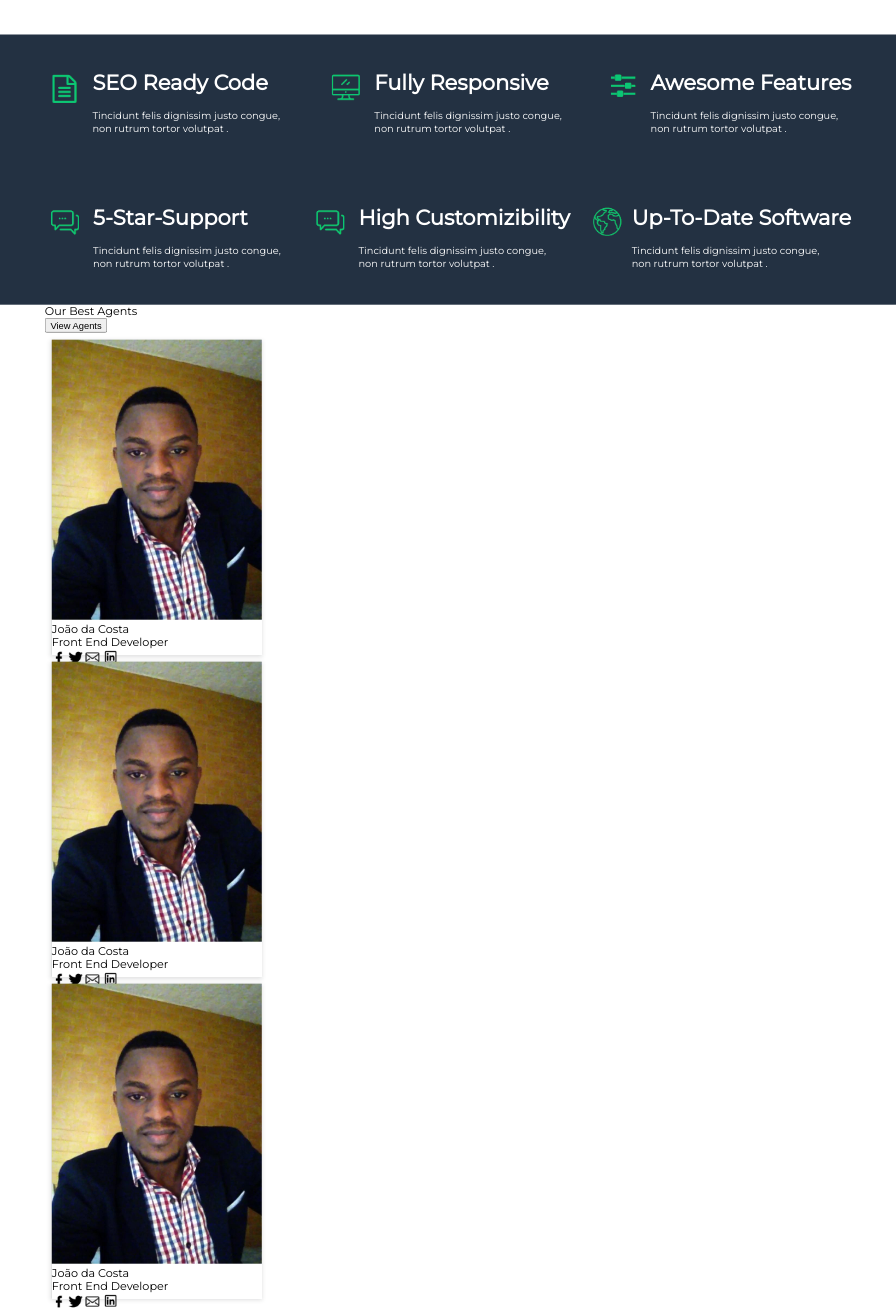
Repository: Yowani24/Real-Estate2
Page: index.html
The author's editor kept a copy of each file at every save. The page is drawn from the files as they stood at one save, then again after the next save.
The browser window is 1280 px wide. The pictures show the part of the page from y = 1325 to 3245 px (the page is 3199 px tall before and 3245 px after), at 70% of full size.
Some web fonts or font styles are not loaded; a fallback is used.

Above is the page before, as saved 2021-08-27 15:04:25.

### index.html
<!DOCTYPE html>
<html lang="en">
<head>
    <meta charset="UTF-8">
    <meta http-equiv="X-UA-Compatible" content="IE=edge">
    <meta name="viewport" content="width=device-width, initial-scale=1.0">
    <title>Real State</title>
    <link rel="stylesheet" href="styles.css">

    <!-- ============FONT-FAMILY============== -->
    <link rel="preconnect" href="https://fonts.googleapis.com">
    <link rel="preconnect" href="https://fonts.gstatic.com" crossorigin>
    <link href="https://fonts.googleapis.com/css2?family=Montserrat&family=Rozha+One&display=swap" rel="stylesheet">

    <!-- ======================VUELS CDN=================== -->
    <script src="https://cdn.jsdelivr.net/npm/vue@2"></script>

</head>
<body>
    <Header>
        <div class="interface_wrapper header_wrapper">
            <div class="logo_box">
                <img src="/images/realLogo.png" alt="">
                <p><span>Real</span> Estate</p>
            </div>

            <div class="menu">
                <nav>
                    <ul>
                        <li><a href="#">Home</a></li>
                        <li><a href="#">About</a></li>
                        <li><a href="#">Agents</a></li>
                        <li><a href="#">Price</a></li>
                        <li><a href="#">Blog</a></li>
                    </ul>
                </nav>
            </div>
        </div>
    </Header>

    <section class="showcase_sec">
        <div class="interface_wrapper showcase">
            <p>Give Life For Your <br/>Dream <span>Home</span></p>
            <p>Always on the lookout for the hi-tech advancements.  Build not only a product that can sell well, but a platform through which to deliver it.</p>

            <div class="btns_box">
                <button>Read more</button>
                <button>Contact Us</button>
            </div>
        </div>
    </section>

    <section class="about_us_sec">
        <div class="interface_wrapper about_us">
            <p><span>About</span> Us</p>
            <p>A modern and unique style </p>

            <div id="app">
                <div v-for="item in items">
                    <img :src="item.ima" alt="">
                    <p>{{item.desc}}</p>
                </div>
            </div>
        </div>
    </section>

    <section class="services_sec">
        <div id="services" class="interface_wrapper services">
            <div class="services_box" v-for="item in items">
                <img :src="item.ima" alt="">
                <div>
                    <p>{{item.titulo}}</p>
                    <p>{{item.desc}}</p>
                </div>
            </div>
        </div>
    </section>

    <section class="best_agents_sec">
        <div class="interface_wrapper best_agents">
            <div id="bestAgents">
                <div>
                    <p>Our Best Agents</p>
                    <button>View Agents</button>
                </div>
                <div class="agents_box" v-for="item in items">
                    <div class="agents_image_box">
                        <img :src="item.ima" alt="">
                    </div>
                    <p>{{item.name}}</p>
                    <p>{{item.office}}</p>
                    <div>
                        <img src="/images/facebook.png" alt="">
                        <img src="/images/twitter.png" alt="">
                        <img src="/images/email.png" alt="">
                        <img src="/images/linkedin.png" alt="">
                    </div>
                </div>
            </div>
        </div>
    </section>



    <script>
        var app = new Vue({
            el: '#app',
            data: {
                items: [
                    {ima:'https://images.unsplash.com/photo-1583231684537-bd79dc887244?ixlib=rb-1.2.1&ixid=MnwxMjA3fDB8MHxwaG90by1yZWxhdGVkfDZ8fHxlbnwwfHx8fA%3D%3D&auto=format&fit=crop&w=500&q=60', desc:'Tomin Villa Denmarkd'},
                    {ima:'https://images.unsplash.com/photo-1613490493576-7fde63acd811?ixlib=rb-1.2.1&ixid=MnwxMjA3fDB8MHxwaG90by1yZWxhdGVkfDV8fHxlbnwwfHx8fA%3D%3D&auto=format&fit=crop&w=500&q=60', desc:'Financial Office Romania'},
                    {ima:'https://images.unsplash.com/photo-1416331108676-a22ccb276e35?ixlib=rb-1.2.1&ixid=MnwxMjA3fDB8MHxwaG90by1yZWxhdGVkfDJ8fHxlbnwwfHx8fA%3D%3D&auto=format&fit=crop&w=500&q=60', desc:'Cruzz Villa Spain'},
                ]
            }
        });

        var app = new Vue({
            el: '#services',
            data: {
                items: [
                    {ima:'/images/SEO_Ready_Code.png', titulo:'SEO Ready Code', desc:'Tincidunt felis dignissim justo congue, non rutrum tortor volutpat .'},
                    {ima:'/images/Fully_Responsive.png', titulo:'Fully Responsive', desc:'Tincidunt felis dignissim justo congue, non rutrum tortor volutpat .'},
                    {ima:'/images/Awesome_Features.png', titulo:'Awesome Features', desc:'Tincidunt felis dignissim justo congue, non rutrum tortor volutpat .'},
                    {ima:'/images/5-Star-Support.png', titulo:'5-Star-Support', desc:'Tincidunt felis dignissim justo congue, non rutrum tortor volutpat .'},
                    {ima:'/images/5-Star-Support.png', titulo:'High Customizibility', desc:'Tincidunt felis dignissim justo congue, non rutrum tortor volutpat .'},
                    {ima:'/images/Up-To-Date Software.png', titulo:'Up-To-Date Software', desc:'Tincidunt felis dignissim justo congue, non rutrum tortor volutpat .'},

                ]
            }
        });

        var app = new Vue({
            el: '#bestAgents',
            data: {
                items: [
                    {ima:'/images//www.jpg', name:'João da Costa', office:'Front End Developer'},
                    {ima:'/images//www.jpg', name:'João da Costa', office:'Front End Developer'},
                    {ima:'/images//www.jpg', name:'João da Costa', office:'Front End Developer'},


                ]
            }
        });

    </script>
</body>
</html>

### styles.css
*{
    margin: 0;
}

body{
    padding: 0;
    top: 0;
    left: 0;
    font-family: 'Montserrat', sans-serif;
}
.interface_wrapper{
    width: 90%;
    margin: 0 auto;
}

/* ======================HEADER======================= */
Header{
    background: rgb(23,34,47);
    color: #FFFFFF;
    padding: 10px 0;

}
.header_wrapper{
    display: flex;
    justify-content: space-between;
    align-items:center;
}
.logo_box{
    display: flex;
    align-items: center;
}
.logo_box p{
    font-size: 40px;
    font-weight: 400;
    font-family: 'Rozha One', serif;

}
.logo_box span{
    color: rgb(10, 199, 117);
}
Header .menu nav ul{
    display: flex;
    padding: 0;
}
Header .menu nav li{
    list-style: none;
    margin: 0 20px;
}
Header .menu nav a{
    text-decoration: none;
    color: #FFFFFF;
    font-size: 19px;

}

/* ======================SHOWCASE_SECTION======================= */
.showcase_sec{
    padding-top: 150px;
    padding-bottom: 100px;
    background-image: url('https://images.unsplash.com/photo-1544890603-cf0ce2d65561?ixlib=rb-1.2.1&ixid=MnwxMjA3fDB8MHxwaG90by1wYWdlfHx8fGVufDB8fHx8&auto=format&fit=crop&w=750&q=80');
    background-repeat: no-repeat;
    background-position: center;
    background-size: cover;
}
.showcase p:nth-child(1) {
    font-size: 85px;
    font-family: 'Rozha One', serif;
    width: 800px;
    border-left: 3px solid rgb(10, 199, 117);
    padding-left: 10px;
    line-height: 1;
    margin: 0 auto;
    color: #FFFFFF;

}
.showcase p:nth-child(1) span {
    color: rgb(10, 199, 117);
}

.showcase p:nth-child(2) {
    font-size: 16px;
    color: rgb(255, 255, 255);
    width: 650px;
    line-height: 2;
    margin-top: 75px;
}

.btns_box{
    margin-top: 40px;
}
.btns_box button {
    border: 2px solid rgb(10, 199, 117);
    padding: 0 45px;
    height: 55px;
    font-size: 16px;
    border-radius: 50px;
    font-weight: 500;
    color: #FFFFFF;
    line-height: 19px;
    cursor: pointer;
}

.btns_box button:nth-child(1) {
    background: rgb(10, 199, 117);
}
.showcase button:nth-child(2) {
    color:#FFFFFF;
    margin-left: 10px;
    background: none;
}


/* ======================ABOUT US======================= */
.about_us_sec{
    padding-bottom: 50px;
}
.about_us {
    display: flex;
    flex-direction: column;
}
.about_us p:nth-child(1) {
    font-size: 40px;
    border-left: 3px solid rgb(10, 199, 117);
    padding-left: 10px;
    margin: 0 auto;
    margin-top: 100px;
    margin-bottom: 10px;

}
.about_us p:nth-child(1) span {
    color: rgb(10, 199, 117);
}

.about_us p:nth-child(2) {
    font-size: 22px;
    font-style: italic;
    text-align: center;
    margin-bottom: 100px;
}

#app{
    display: flex;
    align-items: center;
    justify-content: space-between;
    width: 100%;
}
#app img{
    width: 200px;
    height: 200px;
    border-radius:100%;
}
#app p{
    text-align: center;
    font-size: 25px;
    width: 200px;
    margin: 0 auto;
    margin-top: 20px;
    font-style: normal;
}


/* ======================SERVICES======================= */

.services_sec{
    background: rgb(35, 49, 66);
    color: rgb(255, 255, 255);
}
.services{
    display: flex;
    flex-wrap: wrap;
    justify-content: space-between;
}
.services_box{
    display: flex;
    margin: 50px 0;
    align-items: flex-start;
}
.services_box img{
    margin-right: 10px;
}
.services_box p:nth-child(1){
    font-size: 30px;
    font-weight: bold;
}
.services_box p:nth-child(2){
    font-size: 14px;
    width: 280px;
    margin-top: 20px;
}



/* ======================OUR BEST AGENTS======================= */


.agents_box{
    width: 300px;
    height: 450px;
    box-shadow: rgba(60, 64, 67, 0.3) 0px 1px 2px 0px,
    rgba(60, 64, 67, 0.15) 0px 2px 6px 2px;
    margin: 10px;
}
.agents_image_box{
    width: 100%;
}
.agents_image_box img{
    width: 100%;
}

After the next save:
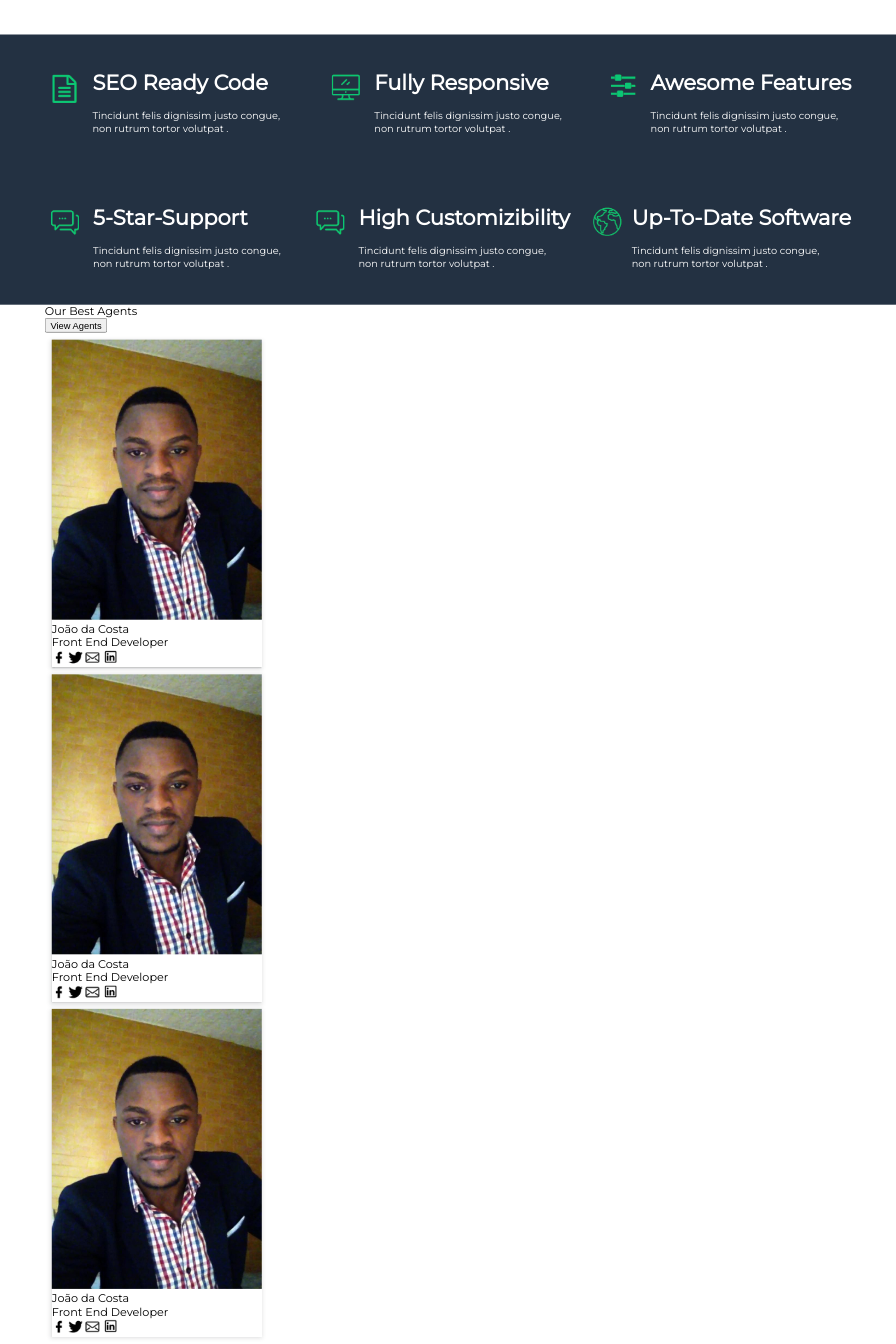
Saved 22 s later.
--- a/styles.css
+++ b/styles.css
@@ -195,7 +195,6 @@ Header .menu nav a{
 
 .agents_box{
     width: 300px;
-    height: 450px;
     box-shadow: rgba(60, 64, 67, 0.3) 0px 1px 2px 0px,
     rgba(60, 64, 67, 0.15) 0px 2px 6px 2px;
     margin: 10px;
